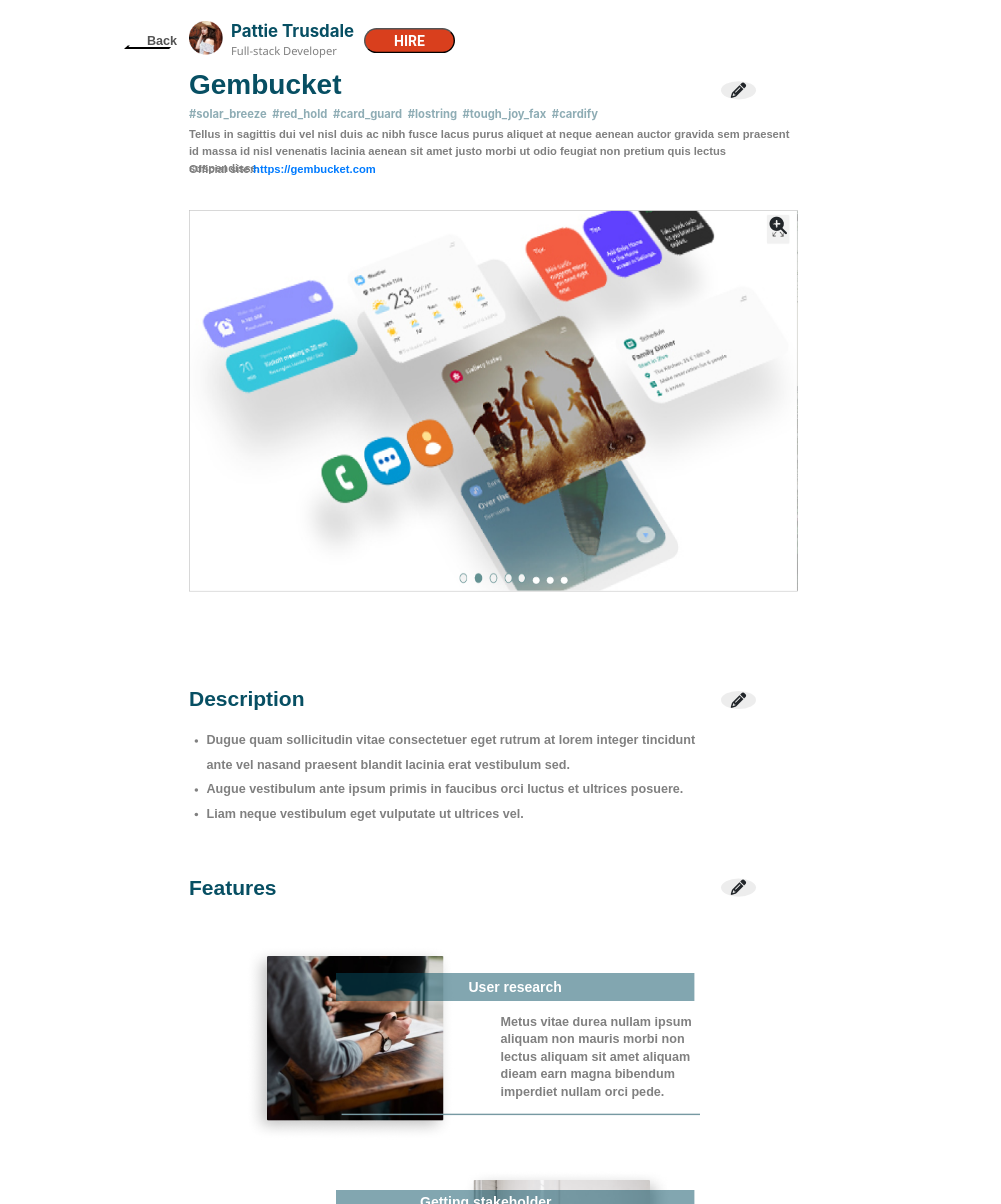
Repository: minhtue510/showcase-react
Page: / (app in Documents/GitHub/showcase/)
An editor plug-in stored every save of this project. The page is shown before and after the next save, followed by the edit.
The browser window is 1280 px wide. The page is 1430 px wide, so the pictures cover 1430 px, including what lies to the right of the window. The pictures show the part of the page from y = 0 to 1720 px (the page is 3798 px tall), at 70% of full size.
Some web libraries are served in a nearby version. The project was rebuilt for these pictures with package versions that can differ from the ones it lists, and the page was loaded fresh each time.

Above is the page before, as saved 2023-02-10 22:46:51.

### Documents/GitHub/showcase/public/index.html
<!DOCTYPE html>
<html lang="en">

<head>
  <meta charset="utf-8" />
  <link rel="icon" href="%PUBLIC_URL%/favicon.ico" />
  <meta name="viewport" content="width=device-width, initial-scale=1" />
  <meta name="theme-color" content="#000000" />
  <meta name="description" content="Web site created using create-react-app" />
  <link rel="apple-touch-icon" href="%PUBLIC_URL%/logo192.png" />
  <!--
      manifest.json provides metadata used when your web app is installed on a
      user's mobile device or desktop. See https://developers.google.com/web/fundamentals/web-app-manifest/
    -->
  <link rel="manifest" href="%PUBLIC_URL%/manifest.json" />
  <link rel="stylesheet" href="https://cdn.jsdelivr.net/npm/bootstrap@4.3.1/dist/css/bootstrap.min.css"
    integrity="sha384-ggOyR0iXCbMQv3Xipma34MD+dH/1fQ784/j6cY/iJTQUOhcWr7x9JvoRxT2MZw1T" crossorigin="anonymous">
  <script src="https://kit.fontawesome.com/ab9e858358.js" crossorigin="anonymous"></script>

  <!--
      Notice the use of %PUBLIC_URL% in the tags above.
      It will be replaced with the URL of the `public` folder during the build.
      Only files inside the `public` folder can be referenced from the HTML.

      Unlike "/favicon.ico" or "favicon.ico", "%PUBLIC_URL%/favicon.ico" will
      work correctly both with client-side routing and a non-root public URL.
      Learn how to configure a non-root public URL by running `npm run build`.
    -->
  <title>React App</title>
</head>

<body>
  <noscript>You need to enable JavaScript to run this app.</noscript>
  <div id="root"></div>
  <!--
      This HTML file is a template.
      If you open it directly in the browser, you will see an empty page.

      You can add webfonts, meta tags, or analytics to this file.
      The build step will place the bundled scripts into the <body> tag.

      To begin the development, run `npm start` or `yarn start`.
      To create a production bundle, use `npm run build` or `yarn build`.
    -->
</body>

</html>

### Documents/GitHub/showcase/src/components/Content/Content.js
import React, { useState } from 'react'
import phongcanh1 from '../../assets/phongcanh1.jpg'
import phongcanh2 from '../../assets/phongcanh2.jpg'
import phongcanh3 from '../../assets/phongcanh3.jpg'

export default function Content() {
    const [hidden, setHidden] = useState(false);
    const displayBlock = () => {
        setHidden(!hidden);
    }

    const displayNone = () => {
        setHidden(!hidden);
    }
    return (
        <div>
            {/* Header content*/}
            <div className="header">
                <h1 className="header-name" id="header-name">Gembucket</h1>
                <i className="fa-solid fa-pencil header-icon" onClick={displayBlock}></i>
            </div>
            <div>
                <div className="hashtag" id="wrapperHashtag">
                    <strong className="wrapper-hashtag-item">#solar_breeze</strong>
                    <strong className="wrapper-hashtag-item">#red_hold</strong>
                    <strong className="wrapper-hashtag-item">#card_guard</strong>
                    <strong className="wrapper-hashtag-item">#lostring</strong>
                    <strong className="wrapper-hashtag-item">#tough_joy_fax</strong>
                    <strong className="wrapper-hashtag-item">#cardify</strong>
                </div>
                <div>
                    <p className="content" id="contentSummary">Tellus in sagittis dui vel nisl duis ac nibh fusce lacus purus
                        aliquet at neque aenean auctor gravida sem praesent id massa id nisl venenatis lacinia aenean sit
                        amet justo morbi ut odio feugiat non pretium quis lectus suspendisse.</p>
                    <p className="content-link">
                        Official site:
                        <a href='#' className='gembuket-link'>https://gembucket.com</a>
                    </p>
                </div>
            </div>

            {/* Modal header content */}
            <div className={hidden ? 'myModal' : 'hidden'} id="modalContent">
                <div className="modal-content">
                    <div className="modal-header">
                        <p className="modal-title">Project</p>
                    </div>
                    <div className="modal-body">
                        <div>
                            <p className="modal-name">Name <span className="star">*</span></p>
                            <input type="text" className="modal-input" value="Gembucket" id="inputHeaderName" />
                        </div>
                        <div className="modal-keywords">
                            <p className="keywords">Keywords</p>
                            <input type="text" className="modal-input" id="inputHashtag" value='' />
                            <div className="modal-hashtag" id="modalHashtag">
                                <strong className="modal-hashtag-item">#solar_breeze<span
                                    className="close-item">&times;</span></strong>
                                <strong className="modal-hashtag-item">#red_hold<span className="close-item">&times;</span></strong>
                                <strong className="modal-hashtag-item">#card_guard<span
                                    className="close-item">&times;</span></strong>
                                <strong className="modal-hashtag-item">#lostring<span className="close-item">&times;</span></strong>
                                <strong className="modal-hashtag-item">#tough_joy_fax<span
                                    className="close-item">&times;</span></strong>
                                <strong className="modal-hashtag-item">#cardify<span className="close-item">&times;</span></strong>
                            </div>
                        </div>
                        <div>
                            <p className="modal-summary">Summary <span className="star">*</span></p>
                            <textarea className="modal-summary-textarea"
                                id="inputSummary" value={""}>Tellus in sagittis dui vel nisl duis ac nibh fusce lacus purus aliquet at neque aenean auctor gravida sem praesent id massa id nisl venenatis lacinia aenean sit amet justo morbi ut odio feugiat non pretium quis lectus suspendisse.</textarea>
                            <span className="length-summary-textarea">0/250</span>
                        </div>
                        <div>
                            <p className="modal-websites">Websites</p>
                            <input type="text" className="modal-websites-input" value="https://gembucket.com" />
                            <select className="modal-websites-select">
                                <option className="select-option">Official site</option>
                                <option className="select-option">Fake site</option>
                                <option className="select-option">Copy site</option>
                            </select>
                            <button className="modal-websites-remove">Remove</button>
                        </div>
                        <br />
                        <div>
                            <button className="modal-button-add">
                                <strong>
                                    Add another website
                                </strong>
                            </button>
                        </div>
                        <div className="modal-footer">
                            <button className={hidden ? "btn btn-default" : "btn btn-default hidden"} id="modal-cancel-project" onClick={displayNone}>Cancel</button>
                            <button className={hidden ? "btn btn-primary" : "btn btn-primary hidden"} id="modal-save-project" onClick={displayNone}>Save</button>
                        </div>
                    </div>
                </div>
            </div>

            {/* Slider */}
            <div class="slider">
                <div class="slider-img">
                    <input type="radio" name="slider-input" id="img1" />
                    <input type="radio" name="slider-input" id="img2" />
                    <input type="radio" name="slider-input" id="img3" />

                    <img src={phongcanh1} alt="img1" class="slider-image1" />
                    <img src={phongcanh2} alt="img2" class="slider-image2" />
                    <img src={phongcanh3} alt="img3" class="slider-image3" />
                    <i class="fas fa-search-plus zoom-icon"></i>
                </div>
                <div class="slider-label">
                    <label for="img1"></label>
                    <label for="img2"></label>
                    <label for="img3"></label>
                </div>
            </div>
        </div>
    )
}

Loaded but not shown: Documents/GitHub/showcase/src/index.js (common file); Documents/GitHub/showcase/src/index.css (common file); Documents/GitHub/showcase/src/reportWebVitals.js (common file); Documents/GitHub/showcase/src/components/Features/Features.js (103 lines, source omitted); Documents/GitHub/showcase/src/components/Description/Description.js (101 lines, source omitted); Documents/GitHub/showcase/src/components/Team/Team.js (59 lines, source omitted); Documents/GitHub/showcase/src/components/Contact/Contact.js (50 lines, source omitted); Documents/GitHub/showcase/src/components/Header/Header.js (18 lines, source omitted); Documents/GitHub/showcase/src/App.js (23 lines, source omitted); Documents/GitHub/showcase/src/components/Footer/Footer.js (13 lines, source omitted); Documents/GitHub/showcase/src/App.css (1986 lines, source omitted)

After the next save:
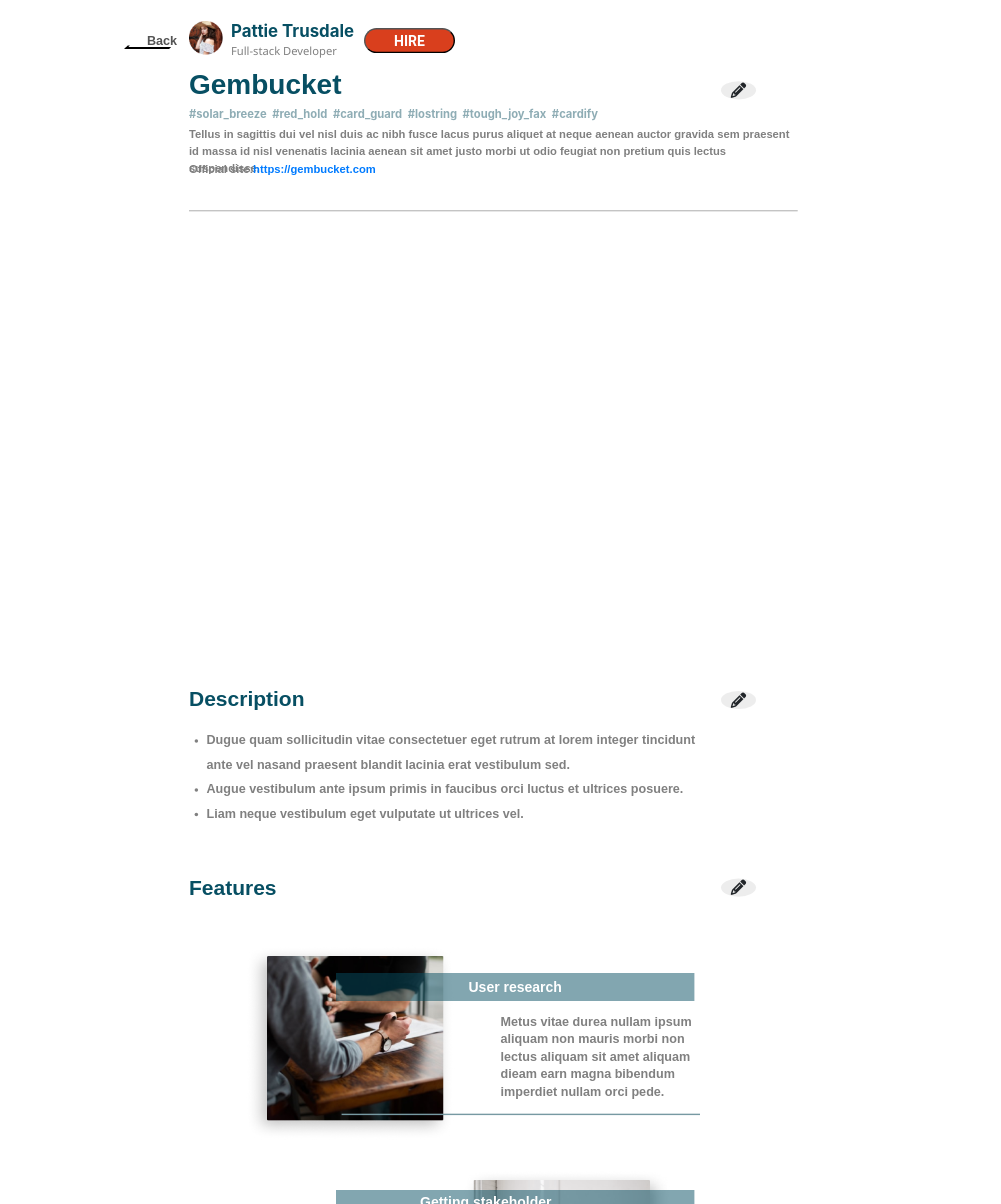
Saved 21 h 25 min later.
--- a/Documents/GitHub/showcase/src/components/Content/Content.js
+++ b/Documents/GitHub/showcase/src/components/Content/Content.js
@@ -103,10 +103,6 @@
                     <input type="radio" name="slider-input" id="img1" />
                     <input type="radio" name="slider-input" id="img2" />
                     <input type="radio" name="slider-input" id="img3" />
-
-                    <img src={phongcanh1} alt="img1" class="slider-image1" />
-                    <img src={phongcanh2} alt="img2" class="slider-image2" />
-                    <img src={phongcanh3} alt="img3" class="slider-image3" />
                     <i class="fas fa-search-plus zoom-icon"></i>
                 </div>
                 <div class="slider-label">

After the save that followed:
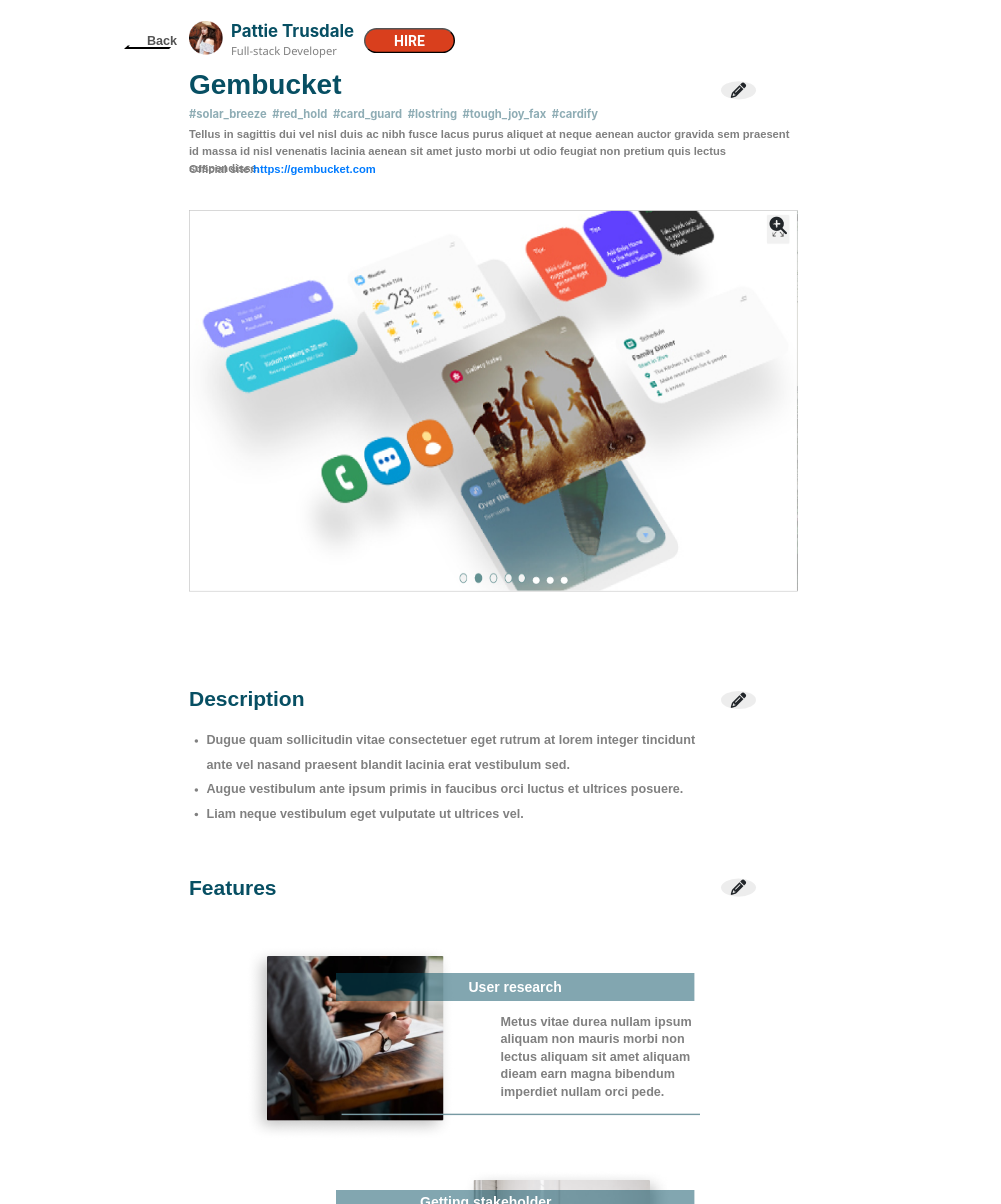
Saved 9 s later.
--- a/Documents/GitHub/showcase/src/components/Content/Content.js
+++ b/Documents/GitHub/showcase/src/components/Content/Content.js
@@ -103,6 +103,10 @@
                     <input type="radio" name="slider-input" id="img1" />
                     <input type="radio" name="slider-input" id="img2" />
                     <input type="radio" name="slider-input" id="img3" />
+
+                    <img src={phongcanh1} alt="img1" class="slider-image1" />
+                    <img src={phongcanh2} alt="img2" class="slider-image2" />
+                    <img src={phongcanh3} alt="img3" class="slider-image3" />
                     <i class="fas fa-search-plus zoom-icon"></i>
                 </div>
                 <div class="slider-label">
